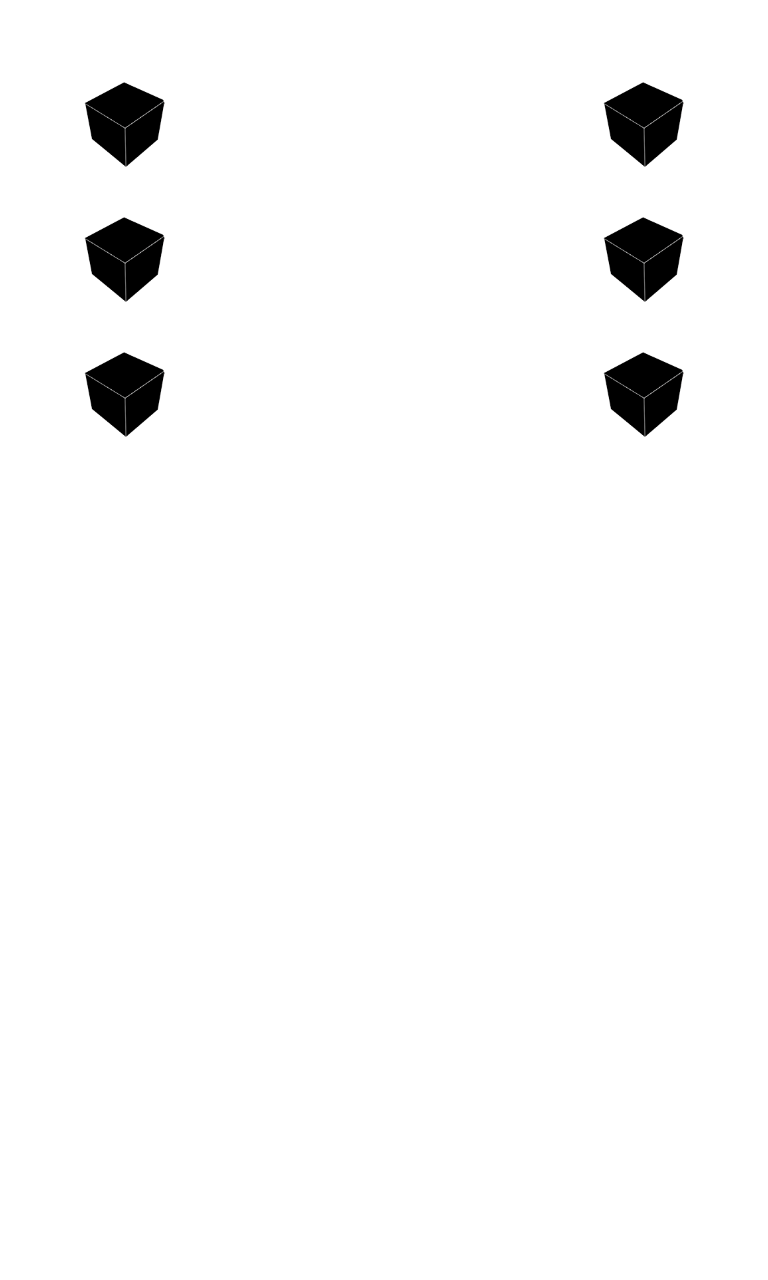
Repository: DSKarramba/university
Layout: models_and_methods_ICS/lab_01/code/calc/res/layout/activity_main.xml
These files come from the project's save history. The layout is drawn as it stood at one moment and after the next save; the edit follows.
It is drawn on a 768 x 1280 px phone screen (xhdpi) without system bars, with theme AppTheme; the app's code is not run.

Above is the layout before, as saved 2014-12-11 03:07:07.

After the next save:
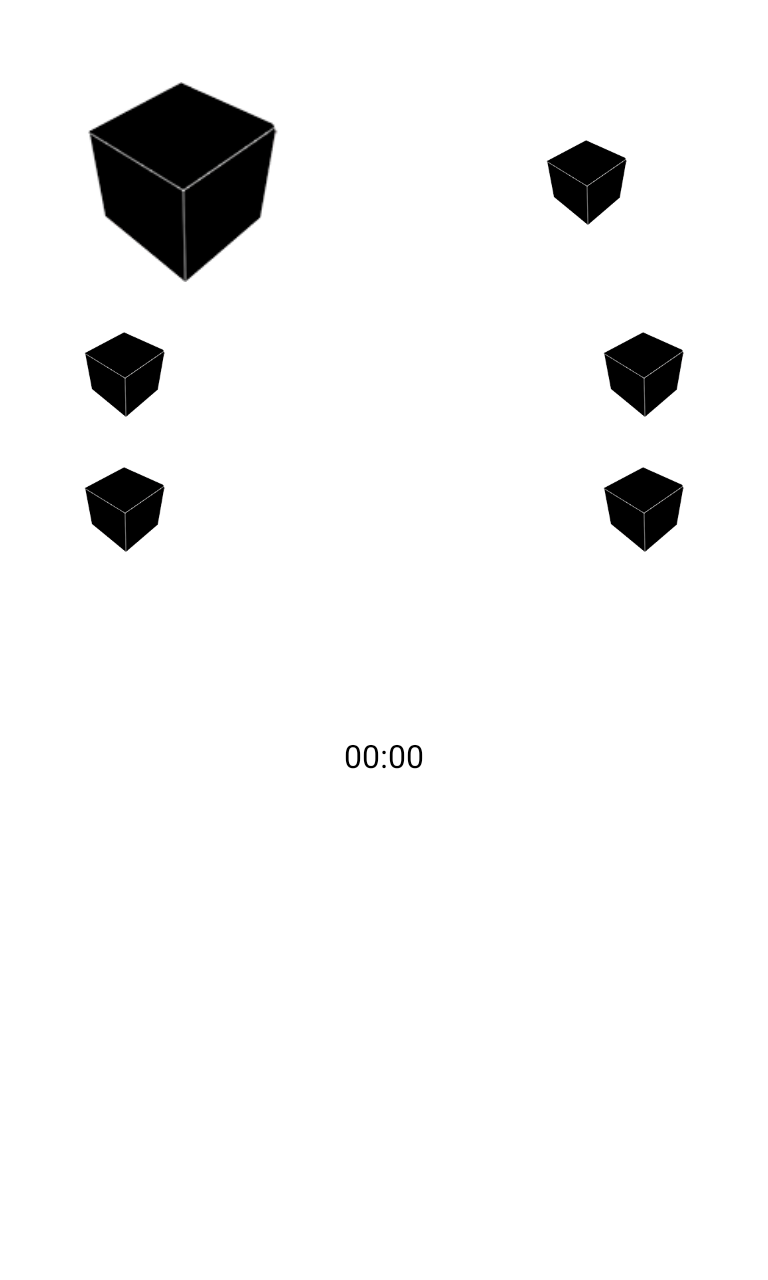
Saved 2 min 8 s later.
--- a/models_and_methods_ICS/lab_01/code/calc/res/layout/activity_main.xml
+++ b/models_and_methods_ICS/lab_01/code/calc/res/layout/activity_main.xml
@@ -11,20 +11,21 @@
 
     <ImageButton
         android:id="@+id/img1"
-        android:layout_width="wrap_content"
-        android:layout_height="wrap_content"
+        android:layout_width="100dp"
+        android:layout_height="100dp"
         android:layout_alignParentLeft="true"
         android:layout_alignParentTop="true"
         android:layout_marginLeft="25dp"
         android:layout_marginTop="25dp"
         android:background="@android:color/transparent"
         android:contentDescription="@string/str_box"
+        android:scaleType="fitCenter"
         android:src="@drawable/box" />
 
     <ImageButton
         android:id="@+id/img2"
-        android:layout_width="wrap_content"
-        android:layout_height="wrap_content"
+        android:layout_width="100dp"
+        android:layout_height="100dp"
         android:layout_alignParentRight="true"
         android:layout_alignParentTop="true"
         android:layout_marginRight="25dp"
@@ -81,4 +82,13 @@
         android:contentDescription="@string/str_box"
         android:src="@drawable/box" />
 
+    <Chronometer
+        android:id="@+id/chronometer1"
+        android:layout_width="wrap_content"
+        android:layout_height="wrap_content"
+        android:layout_below="@+id/img5"
+        android:layout_centerHorizontal="true"
+        android:layout_marginTop="91dp"
+        android:text="Chronometer" />
+
 </RelativeLayout>
